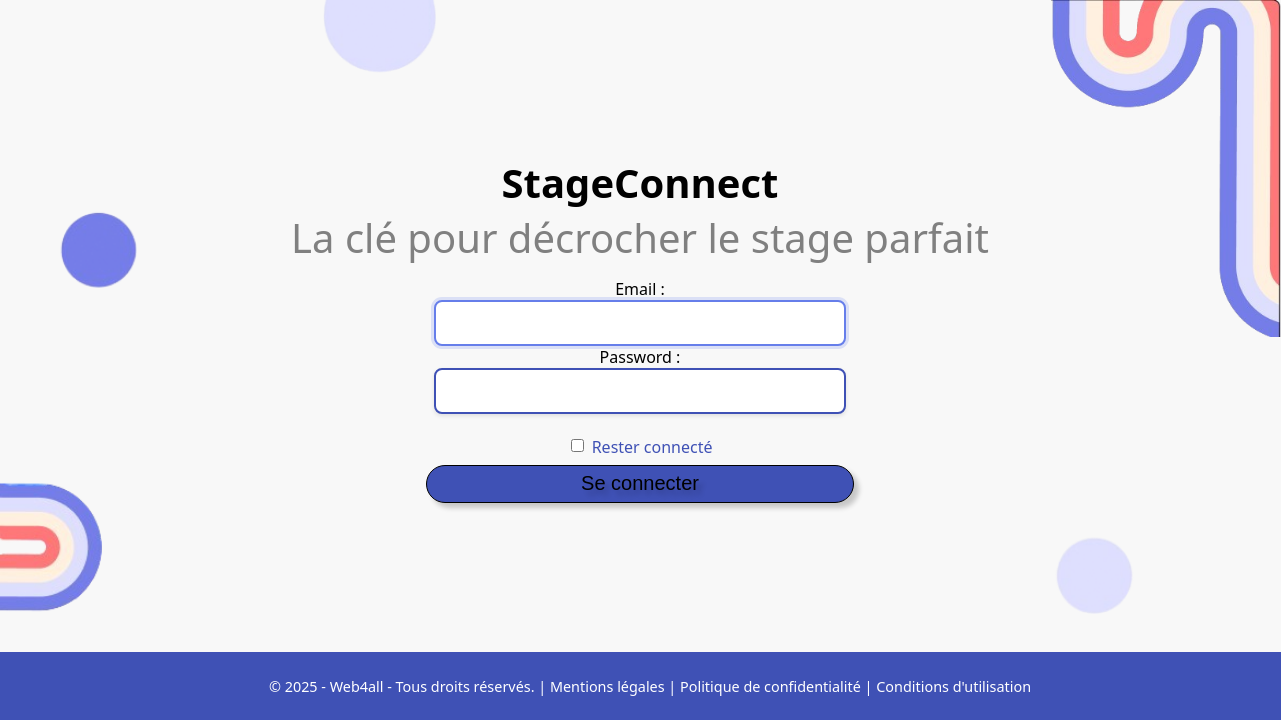
Repository: Guyllem/GroupeWeb
Page: pages/connexion.html
These files come from the project's save history. The page is drawn as it stood at one moment and after a run of saves; the edit follows.
The browser window is 1280 px wide. The page is 1281 px wide, so the pictures cover 1281 px, including what lies to the right of the window. The pictures show the whole page.
The first visible `.email-form input` has the focus.

Above is the page before, as saved 2025-02-13 18:36:04.

### pages/connexion.html
<!DOCTYPE html>
<html lang="fr">
  <head>
    <meta charset="UTF-8" />
    <meta name="viewport" content="width=device-width, initial-scale=1.0" />
    <title>Page Connexion</title>
    <link rel="stylesheet" href="../styles.css" />
  </head>
  <body>
    <header>
      <img class="bulle1" src="../img/bulle1.png" alt="bulle1">
      <img class="arc-en-ciel" src="../img/arc en ciel.png" alt="arc en ciel">
      <h1 class="titre">StageConnect</h1>
      <img class="bulle2" src="../img/bulle2.png" alt="bulle2">
      <p class="slogan">La clé pour décrocher le stage parfait</p>
    </header>
    <main>
        <form>
            <div class="email-form">
                <label for="password">Email :</label><br/>
                <input type="password" id="password">
            </div>
            <div class="password-form">
                <label for="password">Password :</label><br/>
                <input type="password" id="password">
            </div>
            <div class="checkbox-group">
                <input type="checkbox" id="better-connect">
                <label class="stay-connect" for="stay-connect">Rester connecté</label>
            </div>
            <button type="submit" class="submit-btn">Se connecter</button>
        </form>
      <img src="../img/arc en ciel2.png" alt="arc-en-ciel2" class="arc-en-ciel2">
      <img src="../img/bulle3.png" alt="bulle3" class="bulle3">
    </main>
    <footer>
      <p>
        © 2025 - Web4all - Tous droits réservés. |
        <a href="#">Mentions légales</a> |
        <a href="#">Politique de confidentialité</a> |
        <a href="#">Conditions d'utilisation</a>
      </p>
    </footer>
  </body>
</html>

### styles.css
body {
    font-family: system-ui, -apple-system, BlinkMacSystemFont, 'Segoe UI', Roboto, Oxygen, Ubuntu, Cantarell, 'Open Sans', 'Helvetica Neue', sans-serif;
    text-align: center;
    background: #f8f8f8;
    margin: 0;
    padding: 0;
    position: relative;
    overflow: hidden;
}

.titre {
    font-size: 2.5em;
    margin-top: 5%;
    margin-bottom: 0;
}

.slogan {
    color: gray;
    font-size: 2.5em;
    margin-bottom: 1%;
    margin-top: 0;
}

.btn-connexion {
    display: inline-block;
    padding: 0.75rem 10.63rem;
    background-color: #dedeff;
    color: black;
    text-decoration: none;
    border-radius: 0.75rem;
    border: 0.063rem solid #000;
    box-shadow: 0.313rem 0.313rem 0.313rem rgba(0, 0, 0, 0.2);
    font-size: 1.25em;
    text-shadow: 0.313rem 0.313rem 0.313rem rgba(0, 0, 0, 0.2);
    transition: all 0.3s ease;
}

.btn-connexion:hover {
    background-color: #b3b3ff;
    transform: scale(1.05);
    box-shadow: 0.5rem 0.5rem 0.5rem rgba(0, 0, 0, 0.3);
}

footer {
    background-color: #3F51B5;
    color: white;
    font-size: 0.9em;
    padding: 0.625rem;
    position: fixed;
    bottom: 0;
    width: 100%;
}

footer a {
    color: white;
    text-decoration: none;
}

.arc-en-ciel{
    position: absolute;
    right: -0.1%;
    top: 0;
    width: 18%;
    height: auto;
    margin: 0;
    padding: 0;
}


.bulle1{
    position:relative;
    margin: 0;
    padding: 0;
    width: 11%;
    height: auto;
    right: 20%;
}

.bulle2{
    position:absolute;
    margin: 0;
    padding: 0;
    width: 8%;
    right: 88%;
    top: 40%;
}

.bulle3{
    position:absolute;
    margin: 0;
    padding: 0;
    width: 9%;
    right: 10%;
    top: 105%;
}

.arc-en-ciel2{
    position:absolute;
    margin: 0;
    padding: 0;
    width: 9%;
    left: 0;
    top: 95%;
}

.submit-btn{
    display: inline-block;
    padding: 0.40rem 9.63rem;
    background-color: #3F51B5;
    color: black;
    text-decoration: none;
    border-radius: 1.5rem;
    border: 0.063rem solid #000;
    box-shadow: 0.313rem 0.313rem 0.313rem rgba(0, 0, 0, 0.2);
    font-size: 1.25em;
    text-shadow: 0.313rem 0.313rem 0.313rem rgba(0, 0, 0, 0.2);
    transition: all 0.3s ease;
}

.stay-connect{
    color:#3F51B5;
}

#better-connect{
    accent-color: #3F51B5;
    margin-top: 2%;
    margin-bottom: 1%;
}

.email-form input{
    width: 30%;
    padding: 12px;
    border: 2px solid #3F51B5;
    border-radius: 8px;
    font-size: 1rem;
    color: #2d3748;
    background-color: #ffffff;
    transition: all 0.3s ease;
    box-shadow: 0 2px 4px rgba(0, 0, 0, 0.1);
}

.password-form input{
    width: 30%;
    padding: 12px;
    border: 2px solid #3F51B5; /* Bordure grise */
    border-radius: 8px; /* Coins arrondis */
    font-size: 1rem; /* Taille de la police */
    color: #2d3748; /* Couleur du texte */
    background-color: #ffffff; /* Fond blanc */
    transition: all 0.3s ease; /* Transition fluide */
    box-shadow: 0 2px 4px rgba(0, 0, 0, 0.1);
}

.email-form input:focus{
    border-color: #667eea; /* Bordure bleue */
    outline: none; /* Supprime la bordure par défaut */
    box-shadow: 0 0 0 3px rgba(102, 126, 234, 0.2);
}

After the next 3 saves:
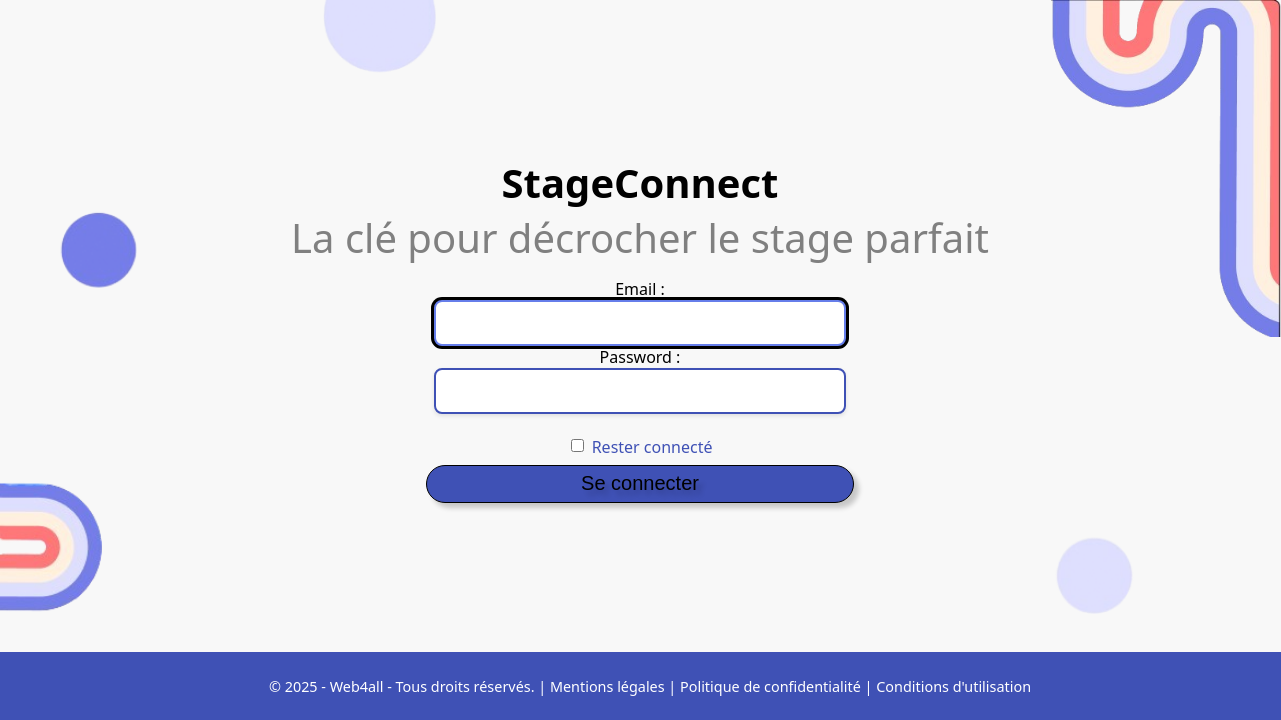
The 3 saves are shown as one change because they came seconds apart.
The last was saved 18 s later.
--- a/styles.css
+++ b/styles.css
@@ -154,5 +154,5 @@ footer a {
 .email-form input:focus{
     border-color: #667eea; /* Bordure bleue */
     outline: none; /* Supprime la bordure par défaut */
-    box-shadow: 0 0 0 3px rgba(102, 126, 234, 0.2);
+    box-shadow: 0 0 0 3px #000;
 }
